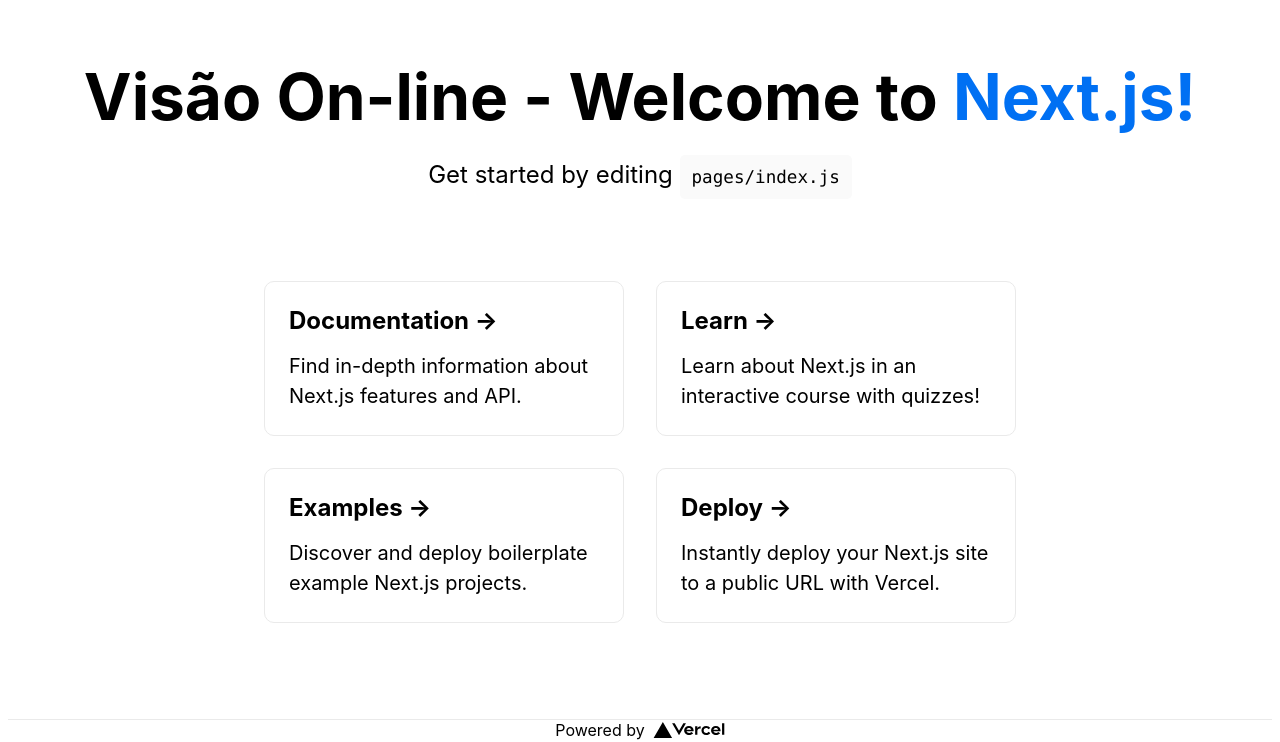
Repository: joneskleber/nextvercel
Page: /
The author's editor kept a copy of each file at every save. The page is drawn from the files as they stood at one save, then again after the next save.
The browser window is 1280 px wide. The pictures show the whole page.
The project was rebuilt for these pictures with package versions that can differ from the ones it lists, and the page was loaded fresh each time. The framework's server and built-in components were replaced by stand-ins that run in the browser. Also part of the build but not shown: next.config.js.

Above is the page before, as saved 2021-07-19 16:32:29.

After the next save:
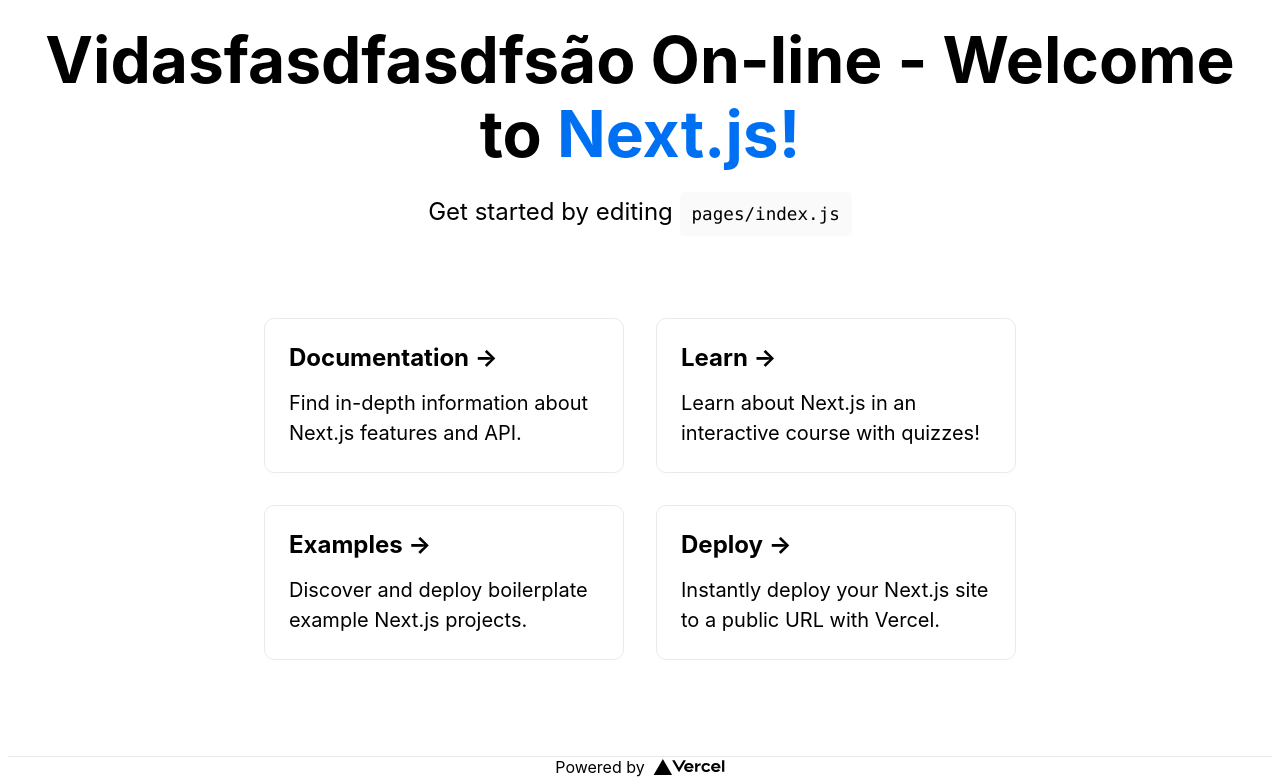
Saved 2 min 52 s later.
--- a/pages/index.js
+++ b/pages/index.js
@@ -13,7 +13,7 @@
 
       <main className={styles.main}>
         <h1 className={styles.title}>
-          Visão On-line - Welcome to <a href="https://nextjs.org">Next.js!</a>
+          Vidasfasdfasdfsão On-line - Welcome to <a href="https://nextjs.org">Next.js!</a>
         </h1>
 
         <p className={styles.description}>

After the save that followed:
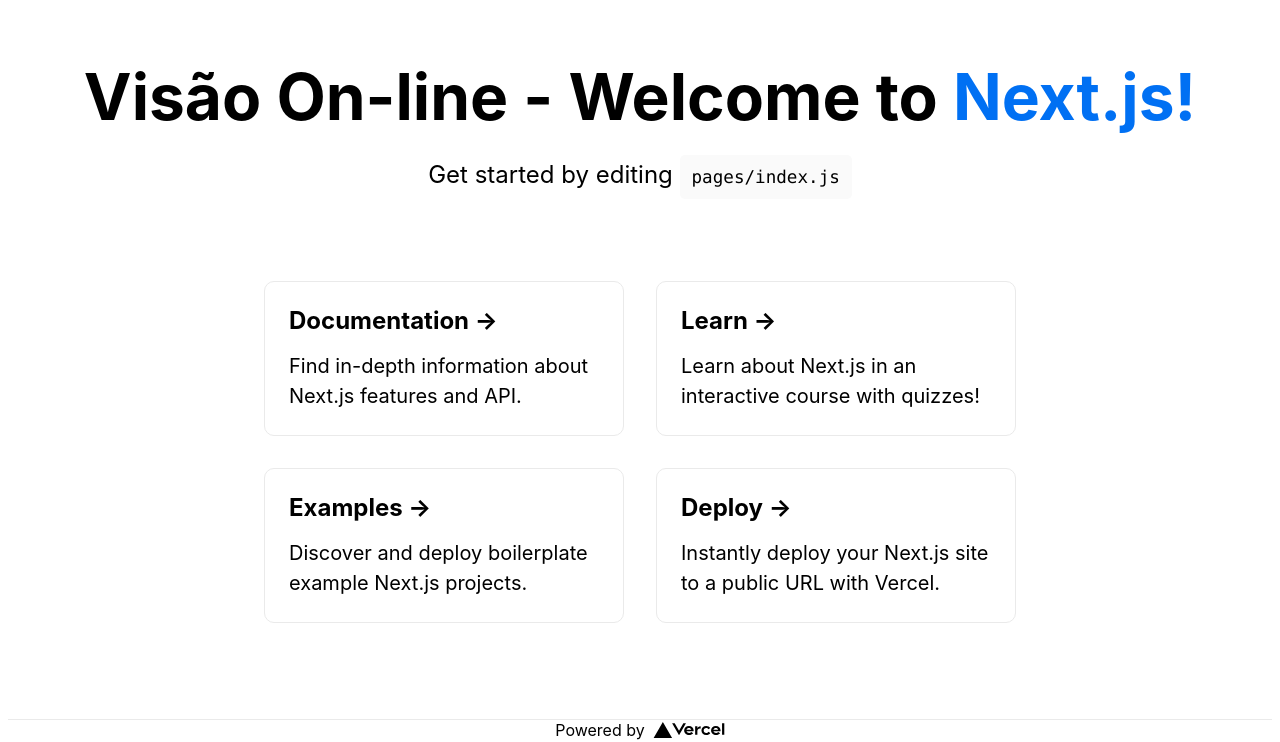
Saved 2 min 7 s later.
--- a/pages/index.js
+++ b/pages/index.js
@@ -13,7 +13,7 @@
 
       <main className={styles.main}>
         <h1 className={styles.title}>
-          Vidasfasdfasdfsão On-line - Welcome to <a href="https://nextjs.org">Next.js!</a>
+          Visão On-line - Welcome to <a href="https://nextjs.org">Next.js!</a>
         </h1>
 
         <p className={styles.description}>
